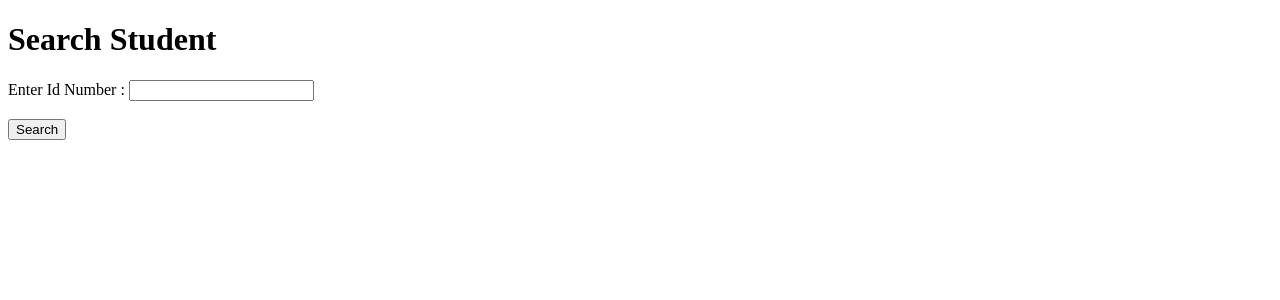
Repository: prati21-eng/Servlet-Projects
Page: Servlet_Config_Example/src/main/webapp/index.html
These files come from the project's save history. The page is drawn as it stood at one moment and after the next save; the edit follows.
The browser window is 1280 px wide. The pictures show the whole page.

Above is the page before, as saved 2024-09-13 05:38:52.

### Servlet_Config_Example/src/main/webapp/index.html
<!DOCTYPE html>
<html>
<head>
<meta charset="UTF-8">
<title>Example for investing Servlet Config</title>
</head>
<body>
	<form action="searchurl" method="post">
		<h1>Search Student</h1>
		<label for ="id">Enter Id Number :</label>
		<input type="text" name="id" id="id"><br><br>
		<input type="submit" value="Search">
	</form>
</body>
</html>

After the next save:
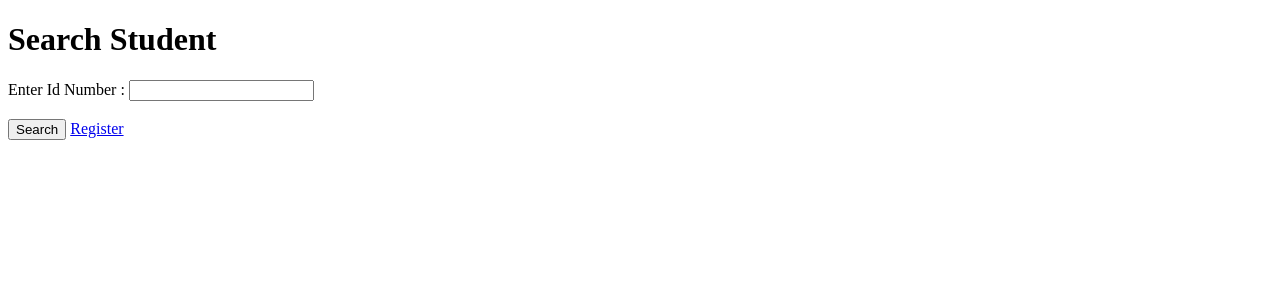
Saved 30 s later.
--- a/Servlet_Config_Example/src/main/webapp/index.html
+++ b/Servlet_Config_Example/src/main/webapp/index.html
@@ -10,6 +10,7 @@
 		<label for ="id">Enter Id Number :</label>
 		<input type="text" name="id" id="id"><br><br>
 		<input type="submit" value="Search">
+		<a href="Register.html"> Register</a>
 	</form>
 </body>
 </html>
